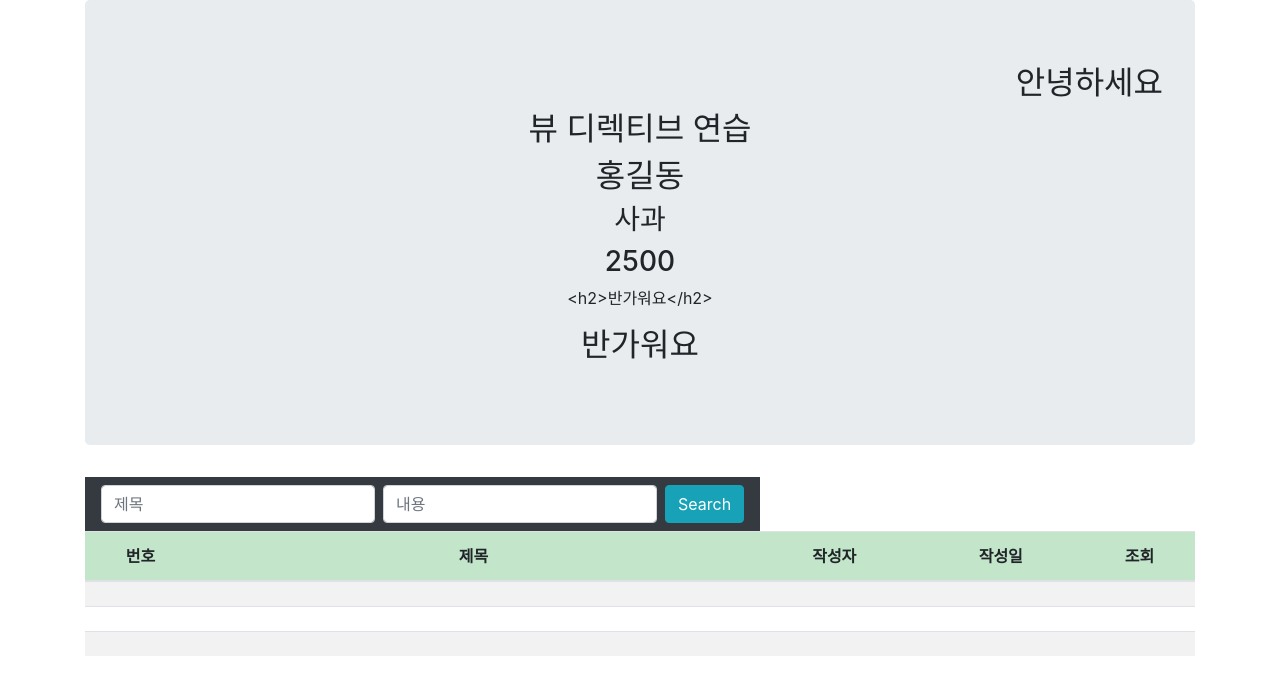
Repository: arongss/java
Page: springweb/src/main/webapp/a02_vue/a02_directive.html
These files come from the project's save history. The page is drawn as it stood at one moment and after the next save; the edit follows.
The browser window is 1280 px wide. The pictures show the whole page.

Above is the page before, as saved 2023-02-01 07:43:15.

After the next save:
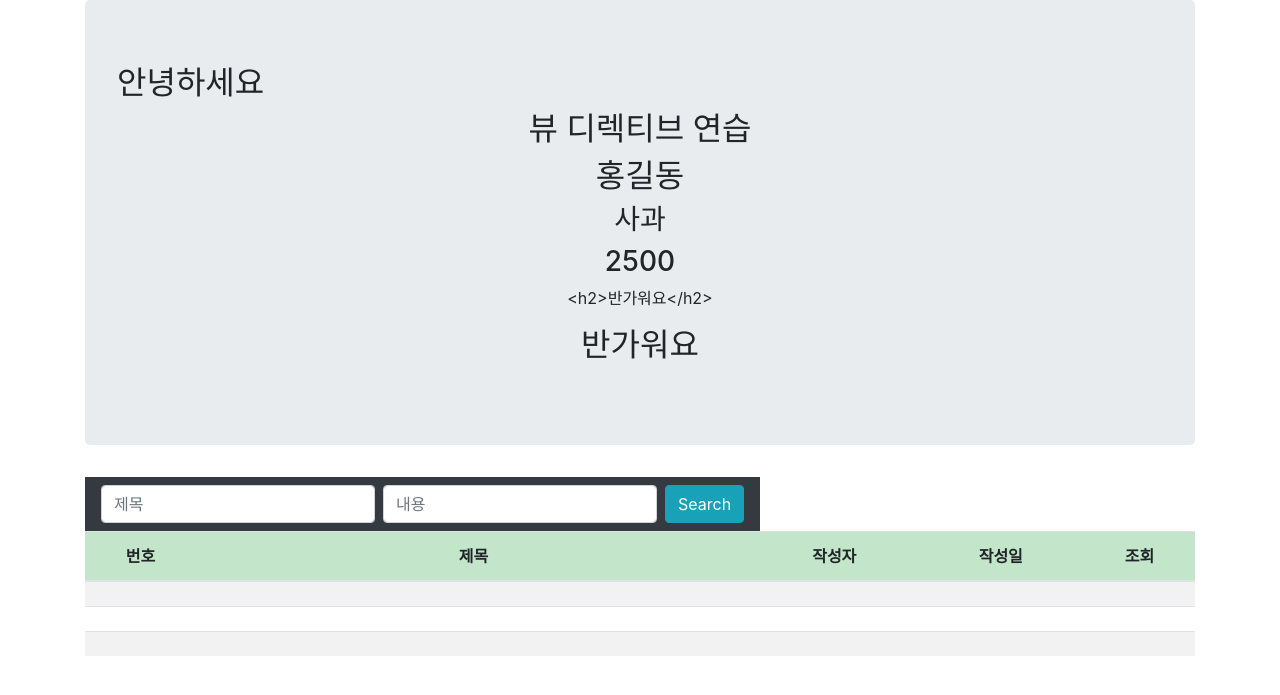
Saved 23 s later.
--- a/springweb/src/main/webapp/a02_vue/a02_directive.html
+++ b/springweb/src/main/webapp/a02_vue/a02_directive.html
@@ -35,7 +35,9 @@
 			data:{msg:"뷰 디렉티브 연습", name:"홍길동",
 				pname:"사과",price:2500,
 				msg2:"<h2>반가워요</h2>",
-				align01:"right"}
+				align01:"right",
+				align01:"left"
+				}
 		})
 	});
 </script>
